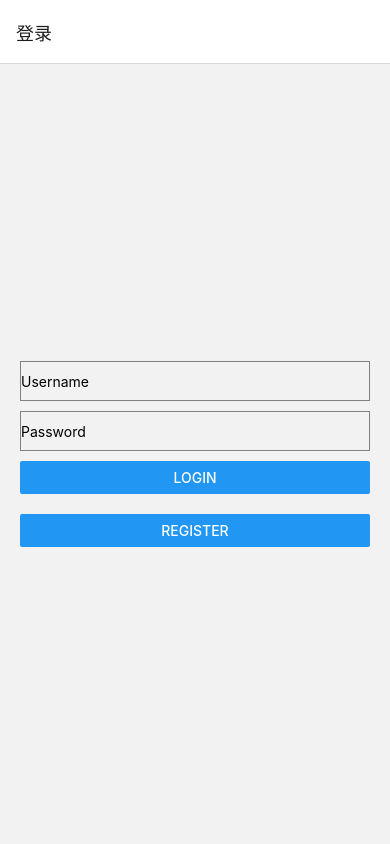
Repository: RidenShogunei/reactnative--make-an-app
Screen: / (app in Myapp/)
These files come from the project's save history. The screen is drawn as it stood at one moment and after the next save; the edit follows.
The app was drawn by React Native's web renderer in a window 390 px wide. The project was rebuilt for these pictures with package versions that can differ from the ones it lists, and the page was loaded fresh each time. Also part of the build but not shown: Myapp/pages/register.jsx.

Above is the screen before, as saved 2024-04-20 19:19:15.

After the next save:
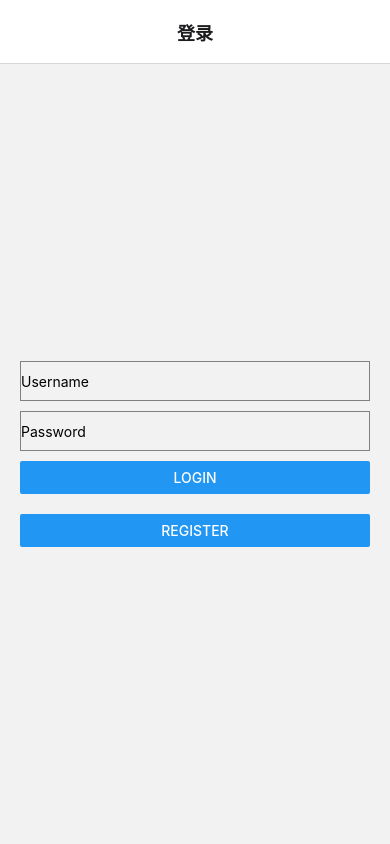
Saved 47 s later.
--- a/Myapp/App.js
+++ b/Myapp/App.js
@@ -8,8 +8,28 @@ function App() {
   return (
     <NavigationContainer>
       <Stack.Navigator initialRouteName="Home">
-        <Stack.Screen name="login" component={Login} options={{ title: '登录' }}/>
-        <Stack.Screen name="register" component={Register} options={{ title: '注册' }}/>
+        <Stack.Screen
+          name="login"
+          component={Login}
+          options={{
+            title: '登录',
+            headerTitleAlign: 'center', // 设置标题居中
+            headerTitleStyle: {
+              fontWeight: 'bold', // 设置标题字体为粗体
+            },
+          }}
+        />
+        <Stack.Screen
+          name="register"
+          component={Register}
+          options={{
+            title: '注册',
+            headerTitleAlign: 'center', // 设置标题居中
+            headerTitleStyle: {
+              fontWeight: 'bold', // 设置标题字体为粗体
+            },
+          }}
+        />
       </Stack.Navigator>
     </NavigationContainer>
   );
